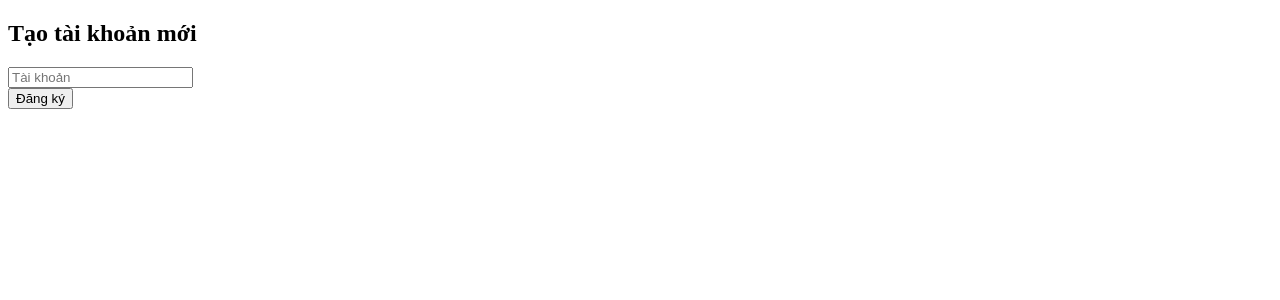
Repository: quynh-trandiem04/BaiTap_Tuan4_LTWeb
Page: http://localhost/Project_LTWeb/views/Register.jsp
An editor plug-in stored every save of this project. The page is shown before and after the next save, followed by the edit.
The browser window is 1280 px wide. The pictures show the whole page.
The page is served by Tomcat 10. Other server files are loaded and not shown.

Above is the page before, as saved 2024-09-16 14:22:24.

### Project_LTWeb/src/main/webapp/views/Register.jsp
<%@ page language="java" contentType="text/html; charset=UTF-8"
	pageEncoding="UTF-8"%>
<%@ taglib prefix="c" uri="http://java.sun.com/jsp/jstl/core" %> <!-- Corrected JSTL taglib URI -->
<!DOCTYPE html>
<html>
<head>
    <meta charset="UTF-8">
    <title>Đăng ký tài khoản mới</title>
</head>
<body>
    <form action="register" method="post">
        <h2>Tạo tài khoản mới</h2>

        <!-- Display alert if it exists -->
        <c:if test="${alert != null}">
            <h3 class="alert alert-danger">${alert}</h3> <!-- Fixed "alertdanger" to "alert-danger" -->
        </c:if>

        <section>
            <div class="input-group">
                <span class="input-group-addon">
                    <i class="fa fa-user"></i>
                </span>
                <input type="text" placeholder="Tài khoản" name="username" class="form-control">
            </div>
        </section>

        <!-- Submit button (optional) -->
        <button type="submit" class="btn btn-primary">Đăng ký</button>
    </form>
</body>
</html>

After the next save:
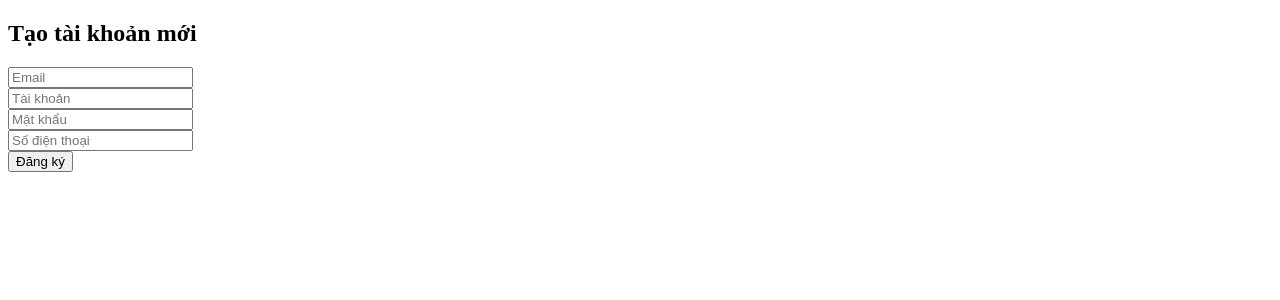
Saved 12 min 0 s later.
--- a/Project_LTWeb/src/main/webapp/views/Register.jsp
+++ b/Project_LTWeb/src/main/webapp/views/Register.jsp
@@ -1,6 +1,6 @@
 <%@ page language="java" contentType="text/html; charset=UTF-8"
 	pageEncoding="UTF-8"%>
-<%@ taglib prefix="c" uri="http://java.sun.com/jsp/jstl/core" %> <!-- Corrected JSTL taglib URI -->
+<%@ taglib prefix="c" uri="http://java.sun.com/jsp/jstl/core" %>
 <!DOCTYPE html>
 <html>
 <head>
@@ -8,24 +8,55 @@
     <title>Đăng ký tài khoản mới</title>
 </head>
 <body>
-    <form action="register" method="post">
+    <form action="${pageContext.request.contextPath}/register" method="post">
         <h2>Tạo tài khoản mới</h2>
 
-        <!-- Display alert if it exists -->
+        <!-- Hiển thị thông báo lỗi nếu có -->
         <c:if test="${alert != null}">
-            <h3 class="alert alert-danger">${alert}</h3> <!-- Fixed "alertdanger" to "alert-danger" -->
+            <h3 class="alert alert-danger">${alert}</h3>
         </c:if>
 
+        <!-- Nhập Email -->
+        <section>
+            <div class="input-group">
+                <span class="input-group-addon">
+                    <i class="fa fa-envelope"></i>
+                </span>
+                <input type="email" placeholder="Email" name="email" class="form-control" required>
+            </div>
+        </section>
+
+        <!-- Nhập Tài khoản (username) -->
         <section>
             <div class="input-group">
                 <span class="input-group-addon">
                     <i class="fa fa-user"></i>
                 </span>
-                <input type="text" placeholder="Tài khoản" name="username" class="form-control">
+                <input type="text" placeholder="Tài khoản" name="username" class="form-control" required>
             </div>
         </section>
 
-        <!-- Submit button (optional) -->
+        <!-- Nhập Mật khẩu -->
+        <section>
+            <div class="input-group">
+                <span class="input-group-addon">
+                    <i class="fa fa-lock"></i>
+                </span>
+                <input type="password" placeholder="Mật khẩu" name="password" class="form-control" required>
+            </div>
+        </section>
+
+        <!-- Nhập số điện thoại -->
+        <section>
+            <div class="input-group">
+                <span class="input-group-addon">
+                    <i class="fa fa-phone"></i>
+                </span>
+                <input type="text" placeholder="Số điện thoại" name="phone" class="form-control" required>
+            </div>
+        </section>
+
+        <!-- Nút Đăng ký -->
         <button type="submit" class="btn btn-primary">Đăng ký</button>
     </form>
 </body>
